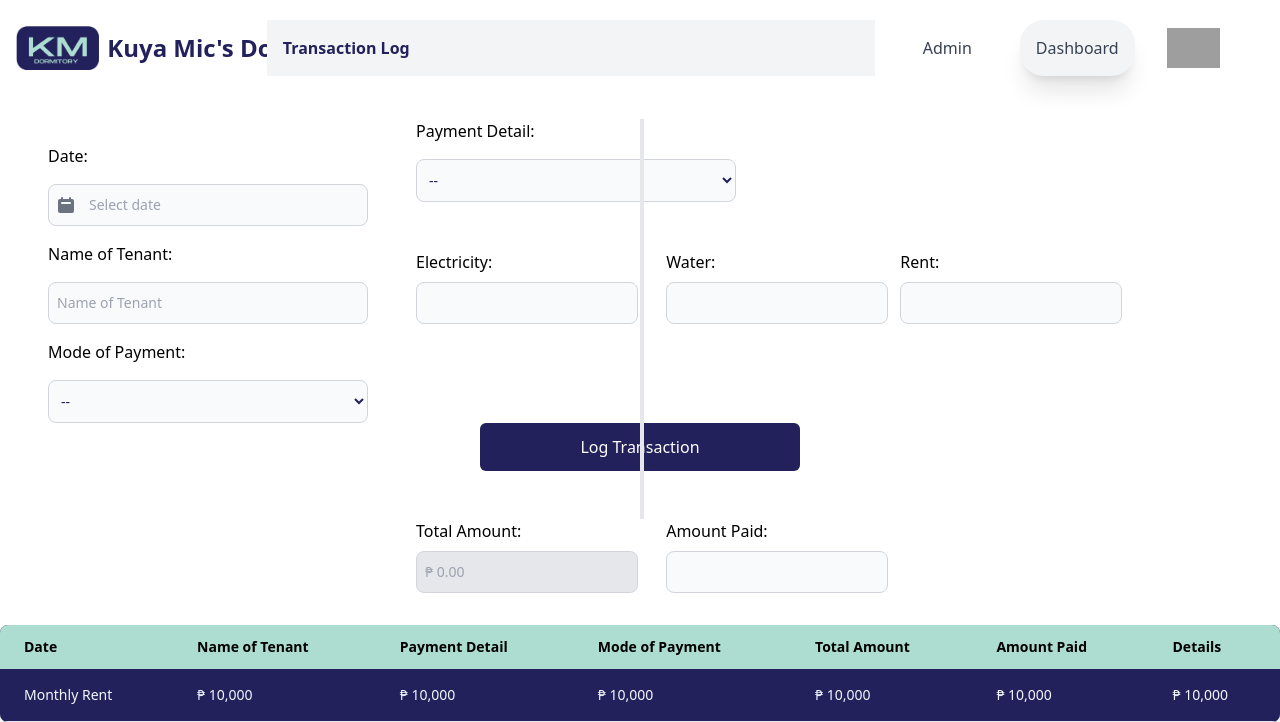
Repository: theamgri/Dormitory-Management-System
Page: paymentactivity.html
The author's editor kept a copy of each file at every save. The page is drawn from the files as they stood at one save, then again after the next save.
The browser window is 1280 px wide. The pictures show the whole page.
Pictures or frames that could not be fetched are drawn as grey boxes. Some web libraries are served in a nearby version.

Above is the page before, as saved 2023-01-11 22:32:02.

### paymentactivity.html
<!DOCTYPE html>
<html lang="en">
<head>
    <script src="https://cdn.tailwindcss.com"></script>
    <script src="https://unpkg.com/flowbite@1.5.5/dist/datepicker.js"></script>
    <meta charset="UTF-8">
    <meta http-equiv="X-UA-Compatible" content="IE=edge">
    <meta name="viewport" content="width=device-width, initial-scale=1.0">
    <link rel="icon" type="image/x-icon" href="/assets/logo.png">
    <title>Payment Activity</title>

    <nav class="bg-white border-gray-200 px-2 sm:px-4 py-1 rounded dark:bg-gray-100">
        <div class="container flex flex-wrap items-center justify-between mx-auto">
          <a href="/" class="flex sm:items-left">
              <img src="/assets/logo.png" class="h-11" alt="KM Logo" />
              <span class="self-center align-middle pl-2 text-2xl font-Montserrat font-bold whitespace-nowrap" style="color: #22215B">Kuya Mic's Dormitory </span>
          </a>

          <button data-collapse-toggle="navbar-default" type="button" class="inline-flex items-center p-2 ml-3 text-sm text-gray-500 rounded-lg md:hidden hover:bg-gray-100 focus:outline-none focus:ring-2 focus:ring-gray-200 dark:text-gray-400 dark:hover:bg-gray-700 dark:focus:ring-gray-600" aria-controls="navbar-default" aria-expanded="false">
          <svg class="w-6 h-6" aria-hidden="true" fill="currentColor" viewBox="0 0 20 20" xmlns="http://www.w3.org/2000/svg"><path fill-rule="evenodd" d="M3 5a1 1 0 011-1h12a1 1 0 110 2H4a1 1 0 01-1-1zM3 10a1 1 0 011-1h12a1 1 0 110 2H4a1 1 0 01-1-1zM3 15a1 1 0 011-1h12a1 1 0 110 2H4a1 1 0 01-1-1z" clip-rule="evenodd"></path></svg>
          </button>
          <div class="hidden w-full md:block md:w-auto" id="navbar-default">

            <ul class="flex flex-col p-4 mt-4 border border-gray-100 rounded-lg md:flex-row md:space-x-8 md:mt-0 md:text-sm md:font-medium md:border-0">

              <li>
                <a href="#" class="block font-bold bg-gray-100 font-Montserrat text-base md:p-4" aria-current="page" style="color: #22215B; margin-left:-38rem;">Transaction Log</a>
              </li>
              <li>
                <a href="index.html" class="block font-Montserrat rounded text-base md:text-gray-700 md:p-4" aria-current="page">Admin</a>
              </li>
              <li>
                <a href="home.html" class="block shadow-xl bg-gray-100 font-Montserrat rounded-3xl text-base md:text-gray-700 md:p-4" aria-current="page">Dashboard</a>
              </li>
              <li>
                <a href="home.html" class="block py-2 pl-0 pr-4" aria-current="page"><img src="https://icones.pro/wp-content/uploads/2021/02/icone-utilisateur-gris.png" class="h-1 mr-3 sm:h-10" alt="KM Logo" /></a>
              </li>
            </ul>
          </div>

        </div>
      </nav>
</head>
<body>

  <div class="relative" style="margin: 3rem; margin-left: 3rem;">
    <h3 style="margin-bottom: 1rem;">Date:</h3>
    <div class="absolute inset-y-0 left-0 items-center pl-2 pointer-events-none" style="padding-top: 3.2rem;">

      <svg aria-hidden="true" class="w-5 h-5 text-gray-500 dark:text-gray-400" fill="currentColor" viewBox="0 0 20 20" xmlns="http://www.w3.org/2000/svg"><path fill-rule="evenodd" d="M6 2a1 1 0 00-1 1v1H4a2 2 0 00-2 2v10a2 2 0 002 2h12a2 2 0 002-2V6a2 2 0 00-2-2h-1V3a1 1 0 10-2 0v1H7V3a1 1 0 00-1-1zm0 5a1 1 0 000 2h8a1 1 0 100-2H6z" clip-rule="evenodd"></path></svg>
    </div>


    <input datepicker type="text" class="bg-gray-50 border border-gray-300 text-gray-900 text-sm rounded-lg focus:ring-blue-500 focus:border-blue-500 block w-80 pl-10 p-2.5 dark:border-gray-600 dark:placeholder-gray-400 dark:text-white dark:focus:ring-blue-500 dark:focus:border-blue-900" placeholder="Select date" style="color: #22215B;";>

  </div>

    <div>
      <div style="margin-left:3rem; margin-top: -2rem;">
      <h3>Name of Tenant:</h3>
      <input type="text" class="bg-gray-50 border border-gray-300 text-gray-900 text-sm rounded-lg focus:ring-blue-500 focus:border-blue-500 block w-80 pl-2 p-2.5 dark:border-gray-600 dark:placeholder-gray-400 dark:text-white dark:focus:ring-blue-500 dark:focus:border-blue-500" style=" margin-top: 1rem; color: #22215B;" placeholder="Name of Tenant">
    </div>
  </div>


    <div style="margin-left:3rem; margin-top: 1rem;">
    <h3>Mode of Payment:</h3>
    <select class="bg-gray-50 border border-gray-300 text-gray-900 text-sm rounded-lg focus:ring-blue-500 focus:border-blue-500 block w-80 pl-2 p-2.5 dark:border-gray-600 dark:placeholder-gray-400 dark:text-white dark:focus:ring-blue-500 dark:focus:border-blue-500" style="color: #22215B; margin-top: 1rem;" placeholder="Mode of Payment">
      <option>--</option>
      <option>Gcash</option>

        <option>Cash-Over the Counter</option>
    </select>
  </div>
  <div class="float-right" style="margin-right: 30rem;">
    <button onclick="location.href='#'" type="submit" class="block mt-0 mb-4 text-white bg-primary-600 focus:ring-4 focus:outline-none focus:ring-primary-300 font-medium rounded-md text-md px-10 py-2.5 sm:text-center" style="background-color:#22215B; height: 3rem; width: 20rem;">Log Transaction</button>
      </div>
<div class="sm:fixed left-1/2 w-1 bg-gray-200" style="margin-top: -19rem; height: 25rem"></div>





    <div class="text" style="margin-left:25rem; margin-top: -20rem; padding: 1rem;">

        <h3>Payment Detail:</h3>
        <select class="bg-gray-50 border border-gray-300 text-gray-900 text-sm rounded-lg focus:ring-blue-500 focus:border-blue-500 block w-80 pl-2 p-2.5 dark:border-gray-600 dark:placeholder-gray-400 dark:text-white dark:focus:ring-blue-500 dark:focus:border-blue-500" style="color: #22215B; margin-top: 1rem;" placeholder="Mode of Payment">
          <option>--</option>
          <option>Gcash</option>

            <option>Cash-Over the Counter</option>
        </select>


  </div>


     <div class="inline-block" style="margin-left:25rem; margin-top: 1rem; padding: 1rem;">
        <h3 style="padding-bottom: 0.5rem">Electricity:</h3>
            <input type="text" class="bg-gray-50 border border-gray-300 text-gray-900 text-sm rounded-lg focus:ring-blue-500 focus:border-blue-500 block w-50 pl-2 p-2.5 dark:border-gray-600 dark:placeholder-gray-400 dark:text-white dark:focus:ring-blue-500 dark:focus:border-blue-500" style="color: #22215B;" placeholder="">
    </div>


    <div class="inline-block" style="margin-left:0.5rem; margin-top: 1rem;">
        <h3 style="padding-bottom: 0.5rem">Water:</h3>
            <input type="text" class="bg-gray-50 border border-gray-300 text-gray-900 text-sm rounded-lg focus:ring-blue-500 focus:border-blue-500 block w-50 pl-2 p-2.5 dark:border-gray-600 dark:placeholder-gray-400 dark:text-white dark:focus:ring-blue-500 dark:focus:border-blue-500" style="color: #22215B;" placeholder="">
    </div>


    <div class="inline-block" style="margin-left:0.5rem; margin-top: 1rem;">
        <h3 style="padding-bottom: 0.5rem">Rent:</h3>
            <input type="text" class="bg-gray-50 border border-gray-300 text-gray-900 text-sm rounded-lg focus:ring-blue-500 focus:border-blue-500 block w-50 pl-2 p-2.5 dark:border-gray-600 dark:placeholder-gray-400 dark:text-white dark:focus:ring-blue-500 dark:focus:border-blue-500" style="color: #22215B;" placeholder="">
    </div>


 <div>
    <div class="inline-block" style="margin-left:25rem; margin-top: 1rem; padding: 1rem;">
      <h3 style="padding-bottom: 0.5rem">Total Amount:</h3>
          <input type="text" class="bg-gray-200 border border-gray-300 text-gray-900 text-sm rounded-lg focus:ring-blue-500 focus:border-blue-500 block w-50 pl-2 p-2.5 dark:border-gray-600 dark:placeholder-gray-400 dark:text-white dark:focus:ring-blue-500 dark:focus:border-blue-500" style="color: #22215B;" placeholder="₱ 0.00">
  </div>


  <div class="inline-block" style="margin-left:0.5rem; margin-top: 1rem;">
      <h3 style="padding-bottom: 0.5rem">Amount Paid:</h3>
          <input type="text" class="bg-gray-50 border border-gray-300 text-gray-900 text-sm rounded-lg focus:ring-blue-500 focus:border-blue-500 block w-50 pl-2 p-2.5 dark:border-gray-600 dark:placeholder-gray-400 dark:text-white dark:focus:ring-blue-500 dark:focus:border-blue-500" style="color: #22215B;" placeholder="">

        </div>


</div>
</div>

<div class="mt-4 relative overflow-x-auto shadow-md sm:rounded-lg" style="background-color:#22215B;">
  <table class="w-full text-sm text-left" style="background-color: #ADDDD0">

    <thead class="text-md">


        <tr><th scope="col" class="px-6 py-3">
          Date
    </th>
      <th scope="col" class="px-6 py-3">
          Name of Tenant
      </th>
      <th scope="col" class="px-6 py-3">
        Payment Detail
      </th>
      <th scope="col" class="px-6 py-3">
        Mode of Payment
      </th>
      <th scope="col" class="px-6 py-3">
        Total Amount
      </th>
      <th scope="col" class="px-6 py-3">
        Amount Paid
      </th>
      <th scope="col" class="px-6 py-3">
        Details
      </th>
     </tr>
    </thead>





    <tbody style="background-color:#22215B; color:aliceblue;">
      <tr class="border-b ">
        <th scope="row" class="px-6 py-4 font-medium">
            Monthly Rent
        </th><th scope="row" class="px-6 py-4 font-medium">
          ₱ 10,000
      </th>
    </th><th scope="row" class="px-6 py-4 font-medium">
      ₱ 10,000
  </th>
</th><th scope="row" class="px-6 py-4 font-medium">
  ₱ 10,000
</th>
</th><th scope="row" class="px-6 py-4 font-medium">
  ₱ 10,000
</th>
</th><th scope="row" class="px-6 py-4 font-medium">
  ₱ 10,000
</th>
</th><th scope="row" class="px-6 py-4 font-medium">
  ₱ 10,000
</th>
    </tr>




</tr>


      </tbody>

  </table>

</div>






</body>
</html>

After the next save:
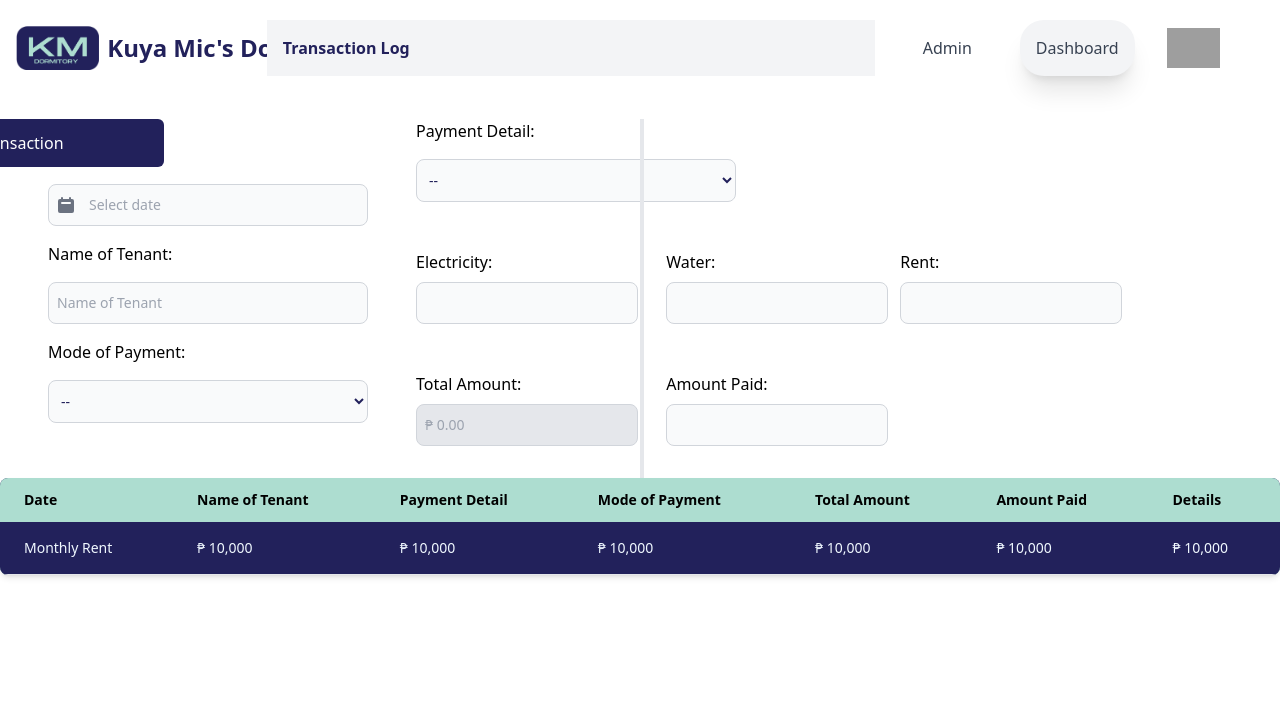
Saved 9 s later.
--- a/paymentactivity.html
+++ b/paymentactivity.html
@@ -72,10 +72,10 @@
         <option>Cash-Over the Counter</option>
     </select>
   </div>
-  <div class="float-right" style="margin-right: 30rem;">
-    <button onclick="location.href='#'" type="submit" class="block mt-0 mb-4 text-white bg-primary-600 focus:ring-4 focus:outline-none focus:ring-primary-300 font-medium rounded-md text-md px-10 py-2.5 sm:text-center" style="background-color:#22215B; height: 3rem; width: 20rem;">Log Transaction</button>
-      </div>
-<div class="sm:fixed left-1/2 w-1 bg-gray-200" style="margin-top: -19rem; height: 25rem"></div>
+
+<div class="sm:fixed left-1/2 w-1 bg-gray-200" style="margin-top: -19rem; height: 25rem"><div class="float-right" style="margin-right: 30rem;">
+  <button onclick="location.href='#'" type="submit" class="block mt-0 mb-4 text-white bg-primary-600 focus:ring-4 focus:outline-none focus:ring-primary-300 font-medium rounded-md text-md px-10 py-2.5 sm:text-center" style="background-color:#22215B; height: 3rem; width: 20rem;">Log Transaction</button>
+    </div></div>
 
 
 
